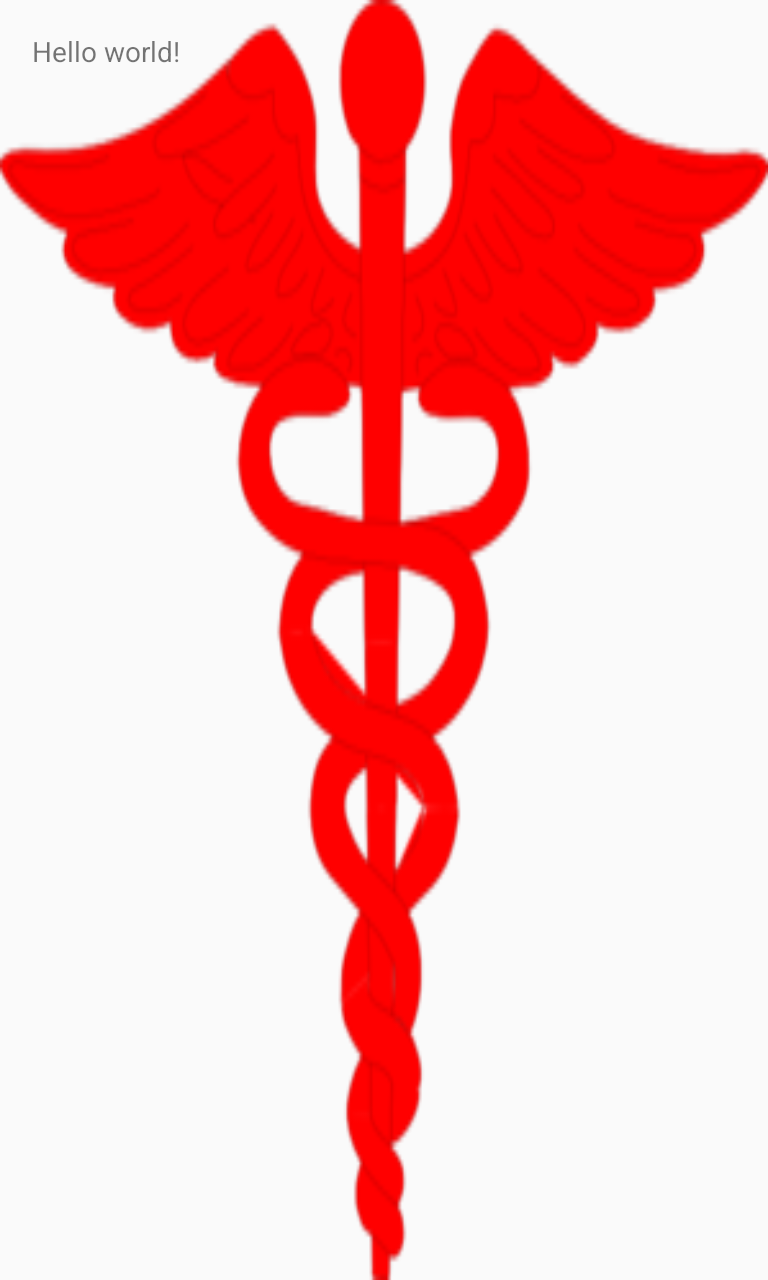
Repository: nave29/sem_1
Layout: VERSION_0.0/sem1_gica/res/layout/activity_doctors.xml
These files come from the project's save history. The layout is drawn as it stood at one moment and after the next save; the edit follows.
It is drawn on a 768 x 1280 px phone screen (xhdpi) without system bars, with theme AppTheme; the app's code is not run.

Above is the layout before, as saved 2014-09-08 10:10:53.

### VERSION_0.0/sem1_gica/res/layout/activity_doctors.xml
<RelativeLayout xmlns:android="http://schemas.android.com/apk/res/android"
    xmlns:tools="http://schemas.android.com/tools"
    android:layout_width="match_parent"
    android:layout_height="match_parent"
    android:background="@drawable/doc"
    android:paddingBottom="@dimen/activity_vertical_margin"
    android:paddingLeft="@dimen/activity_horizontal_margin"
    android:paddingRight="@dimen/activity_horizontal_margin"
    android:paddingTop="@dimen/activity_vertical_margin"
    tools:context="com.example.sem1_gica.Doctors" >

    <TextView
        android:layout_width="wrap_content"
        android:layout_height="wrap_content"
        android:text="@string/hello_world" />

</RelativeLayout>

### VERSION_0.0/sem1_gica/res/values/strings.xml
<?xml version="1.0" encoding="utf-8"?>
<resources>

    <string name="app_name">sem1_gica</string>
    <string name="hello_world">Hello world!</string>
    <string name="action_settings">Settings</string>
    <string name="title_activity_list_services">ListServices</string>
    <string name="password">Password</string>
    <string name="title_activity_doctors">Doctors</string>

</resources>

Loaded but not shown: VERSION_0.0/sem1_gica/res/values/styles.xml (common file); VERSION_0.0/sem1_gica/res/values-v11/styles.xml (common file); VERSION_0.0/sem1_gica/res/values-v14/styles.xml (common file); VERSION_0.0/sem1_gica/res/values/dimens.xml (common file); VERSION_0.0/sem1_gica/res/values-w820dp/dimens.xml (common file)

After the next save:
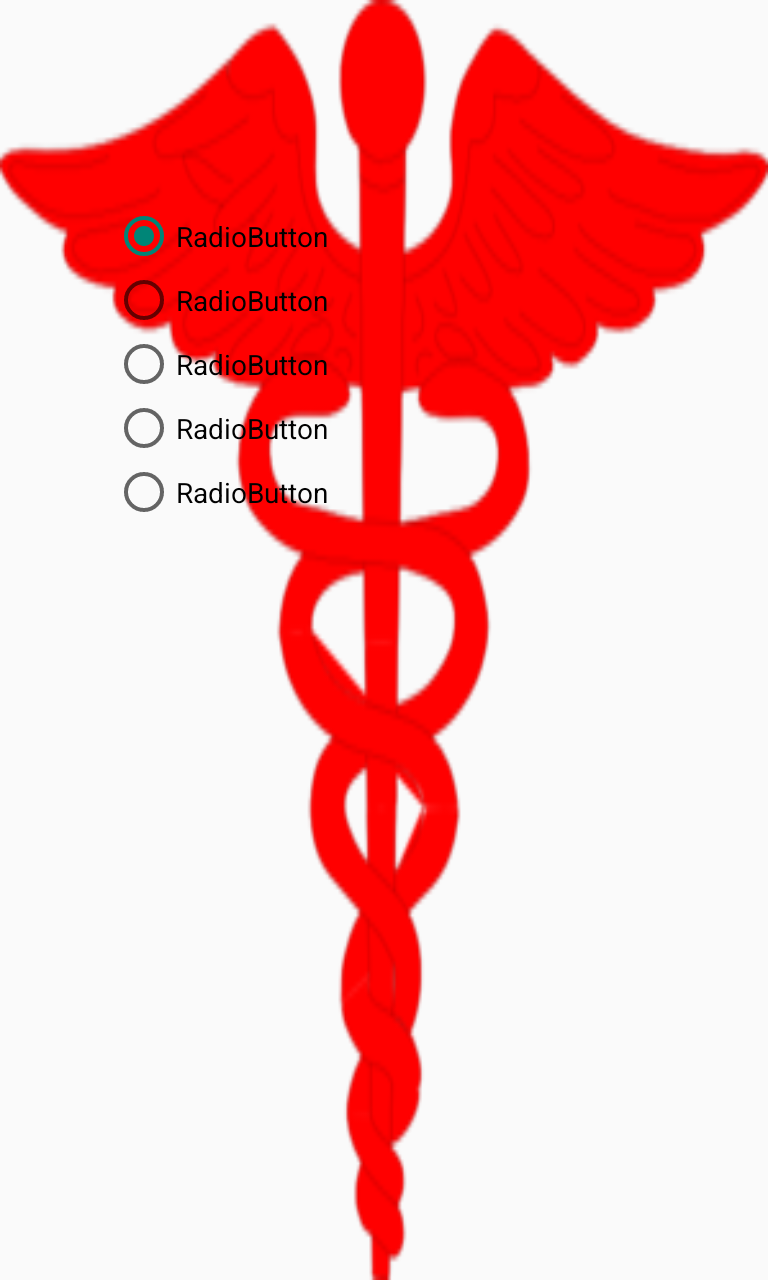
Saved 100 s later.
--- a/VERSION_0.0/sem1_gica/res/layout/activity_doctors.xml
+++ b/VERSION_0.0/sem1_gica/res/layout/activity_doctors.xml
@@ -9,9 +9,44 @@
     android:paddingTop="@dimen/activity_vertical_margin"
     tools:context="com.example.sem1_gica.Doctors" >
 
-    <TextView
+    <RadioGroup
+        android:id="@+id/radioGroup1"
         android:layout_width="wrap_content"
         android:layout_height="wrap_content"
-        android:text="@string/hello_world" />
+        android:layout_alignParentLeft="true"
+        android:layout_alignParentTop="true"
+        android:layout_marginLeft="40dp"
+        android:layout_marginTop="86dp" >
+
+        <RadioButton
+            android:id="@+id/radio0"
+            android:layout_width="wrap_content"
+            android:layout_height="wrap_content"
+            android:checked="true"
+            android:text="RadioButton" />
+
+        <RadioButton
+            android:id="@+id/radio1"
+            android:layout_width="wrap_content"
+            android:layout_height="wrap_content"
+            android:text="RadioButton" />
+
+        <RadioButton
+            android:id="@+id/radio2"
+            android:layout_width="wrap_content"
+            android:layout_height="wrap_content"
+            android:text="RadioButton" />
+
+        <RadioButton
+            android:id="@+id/radio2"
+            android:layout_width="wrap_content"
+            android:layout_height="wrap_content"
+            android:text="RadioButton" />
+        <RadioButton
+            android:id="@+id/radio2"
+            android:layout_width="wrap_content"
+            android:layout_height="wrap_content"
+            android:text="RadioButton" />
+    </RadioGroup>
 
 </RelativeLayout>
